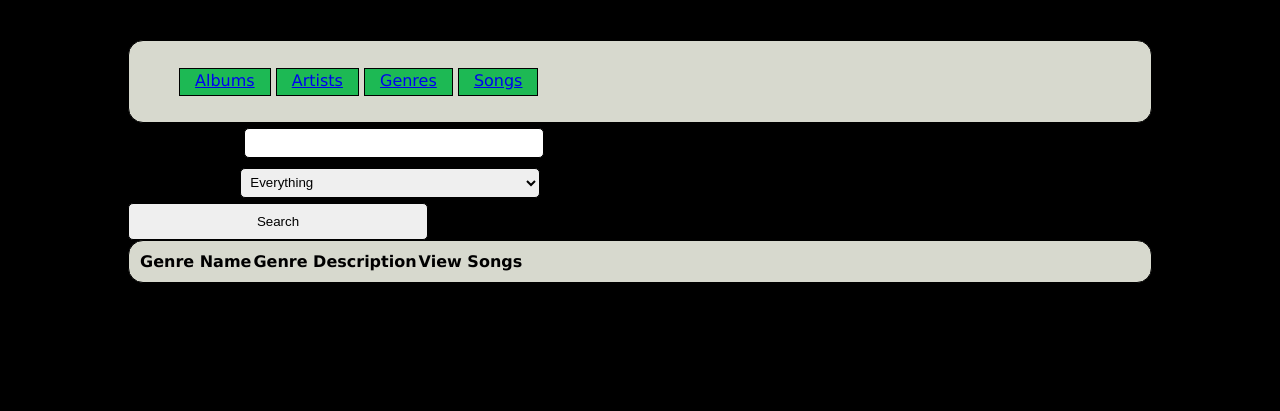
Repository: RRGTHWAR/bkg16_INFSCI1017
Page: bkg16_Music_FinalProject/WebContent/genre.html
An editor plug-in stored every save of this project. The page is shown before and after the next save, followed by the edit.
The browser window is 1280 px wide. The pictures show the whole page.

Above is the page before, as saved 2019-04-12 13:15:23.

After the next save:
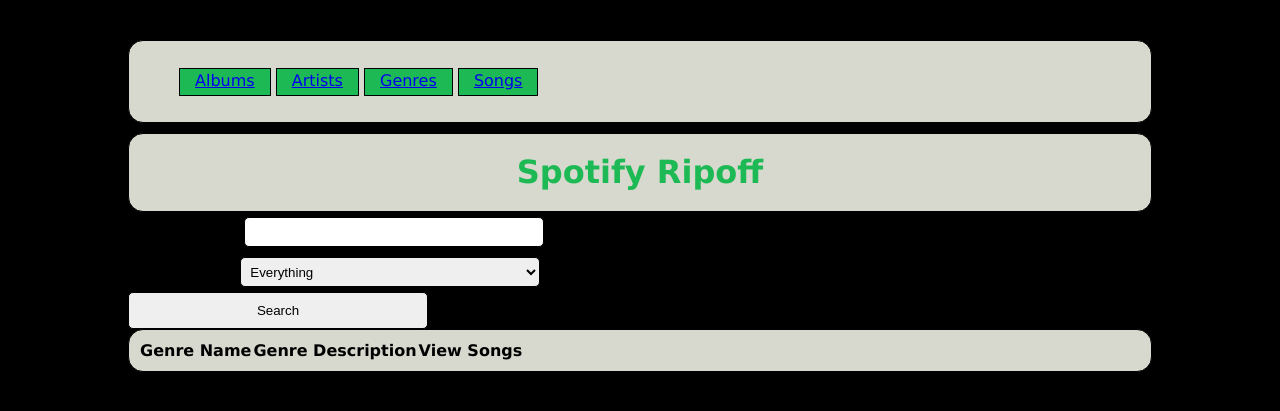
Saved 2 min 8 s later.
--- a/bkg16_Music_FinalProject/WebContent/genre.html
+++ b/bkg16_Music_FinalProject/WebContent/genre.html
@@ -15,6 +15,8 @@
 			<li><a href="song.html" title="Songs">Songs</a></li>
 		</ul>
 	</div>
+	<h1 id="mainHeader" >Spotify Ripoff</h1>
+
 <div id="genreSearch">
 	<div>
 		Genre Name: <input type="text" id="genreName" name="genreName" value="" class="textField" />
